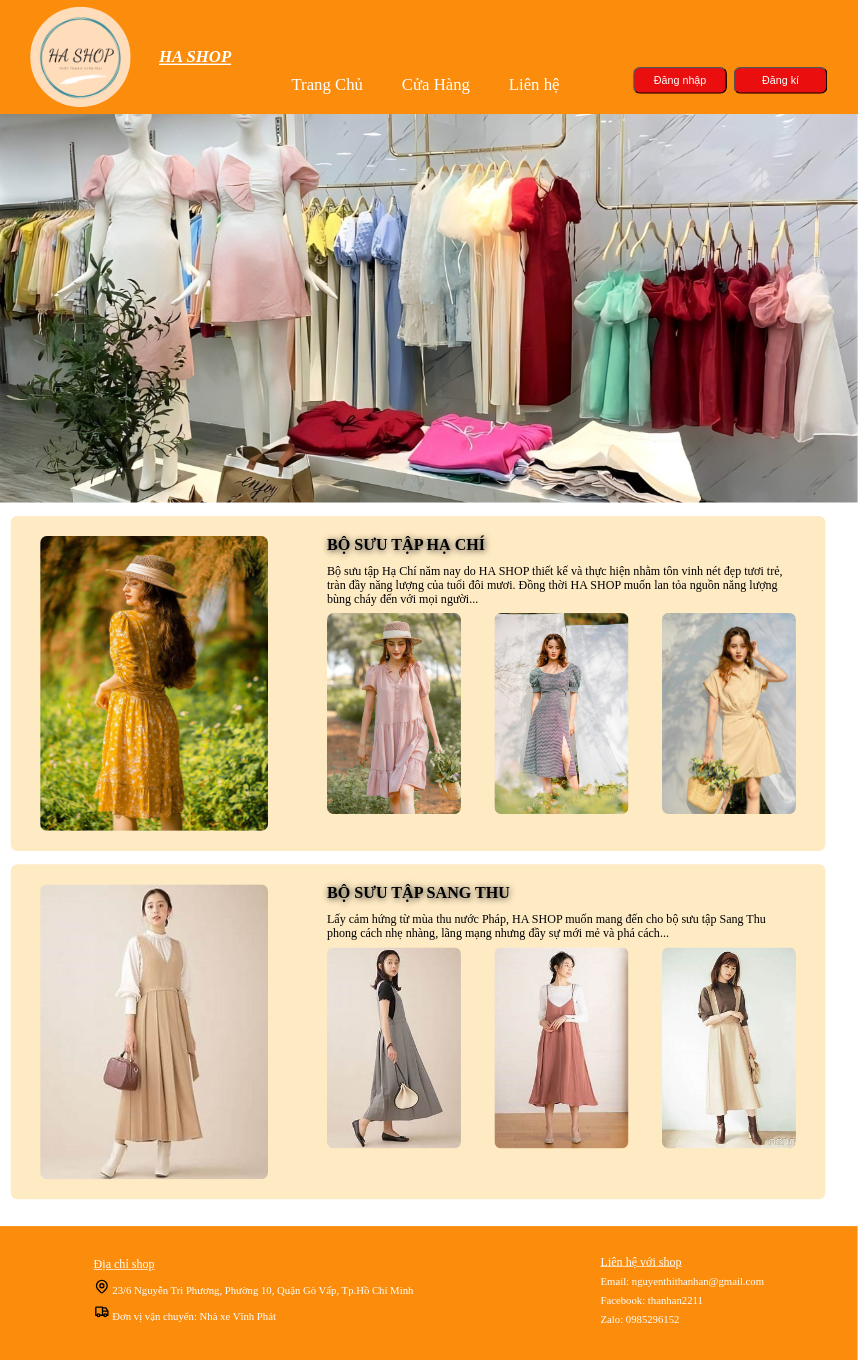
Repository: manhhieu120499/demo_page
Page: trangchu.html
An editor plug-in stored every save of this project. The page is shown before and after the next save, followed by the edit.
The browser window is 1280 px wide. The pictures show the whole page, at 67% of full size.

Above is the page before, as saved 2023-03-04 12:20:10.

After the next save:
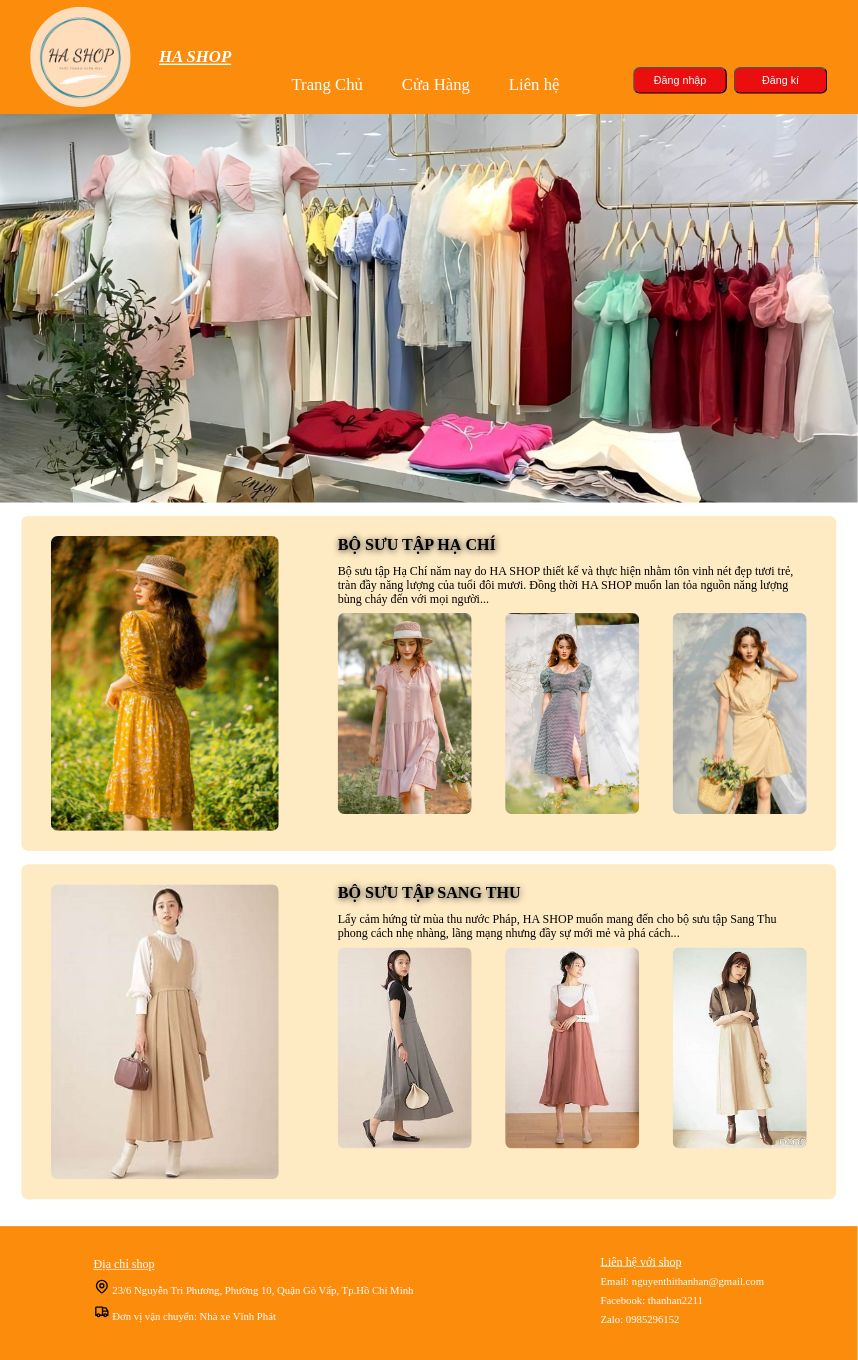
Saved 2 h 58 min later.
--- a/style_trangchu.css
+++ b/style_trangchu.css
@@ -104,7 +104,7 @@
 .album_one {
     margin-top: 220px;
     width: calc(100% - 32px);
-    margin-left: 16px;
+    margin-left: 32px;
     height: 500px;
     background-color: #FEEAC3;
     display: flex;
